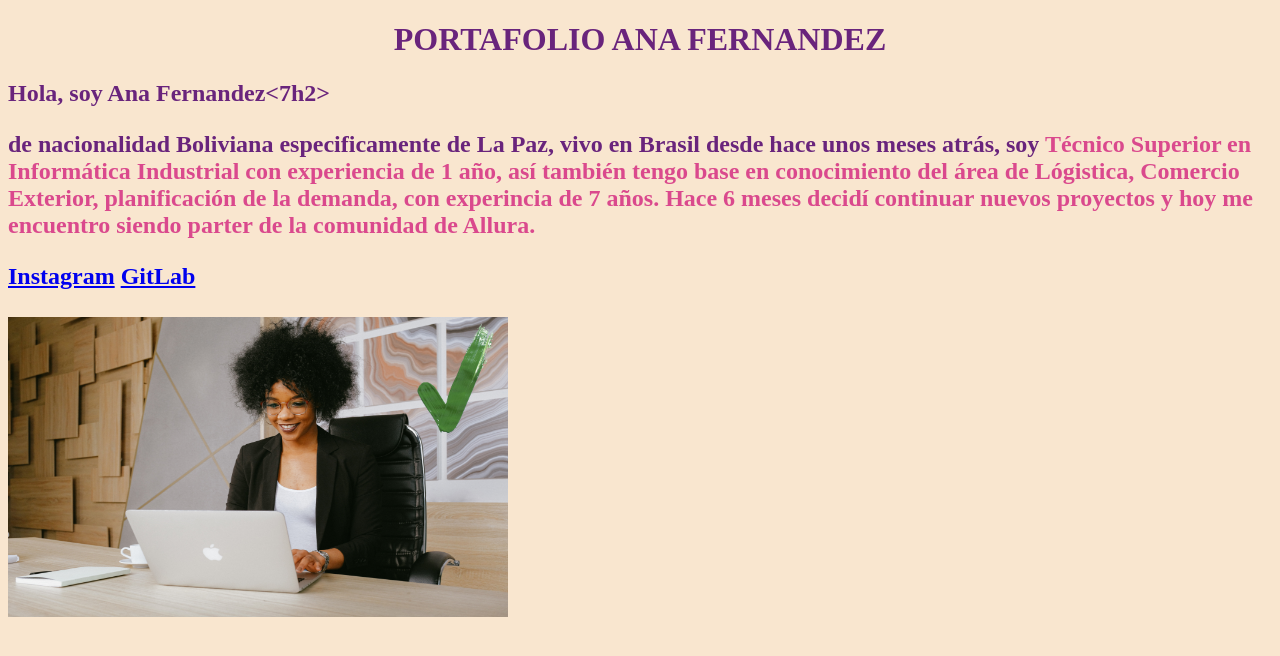
Repository: AnaFzCz/PROYECTOS-HTML---CSS2
Page: Portafolio/index.html
The author's editor kept a copy of each file at every save. The page is drawn from the files as they stood at one save, then again after the next save.
The browser window is 1280 px wide. The pictures show the whole page.

Above is the page before, as saved 2025-01-23 06:24:24.

### Portafolio/index.html
<!DOCTYPE html>
<html lang="en">
<head>
    <meta charset="UTF-8">
    <meta http-equiv="X-UA-Compatible" content="IE=edge">
    <meta name="viewport" content="width=device-width, initial-scale=1.0">
    <title>Portafolio</title>
    <link rel="stylesheet" href="style.css">
</head>
<body>
    <header>

    </header>
    <main>
        <h1 style="text-align: center;">PORTAFOLIO ANA FERNANDEZ</h1>
        <h2>Hola, soy Ana Fernandez<7h2><p>de nacionalidad Boliviana especificamente de La Paz, vivo en Brasil desde hace unos meses atrás, soy <span>Técnico Superior en Informática Industrial<span></span> con experiencia de 1 año, así también tengo base en <span>conocimiento del área de Lógistica, Comercio Exterior, planificación de la demanda</span>, con experincia de 7 años. Hace 6 meses decidí continuar nuevos proyectos y hoy me encuentro siendo parter de la comunidad de Allura.</p>
            <div >
        <a href="https://instagram.com">Instagram</a>
        <a href="https://github.com/AnaFzCz">GitLab</a>
        <br>
        <br>
        <img src="home-office.jpg" alt="homeoffice" style="width:500px;height: 300px;">
        </div>
    </main>
    <footer></footer>
</body>
</html>

### Portafolio/style.css
body{
   background-color: #F9E6CF;
   color:#69247C;

}

span{
    color:#DA498D;
}
/*h1 {
    color: #333333;

}
button {
    background-color: green;
    color: white;

}
footer {
    background-color: gray;
    color: white;

}
a {
    color: DodgerBlue;

}*/

After the next save:
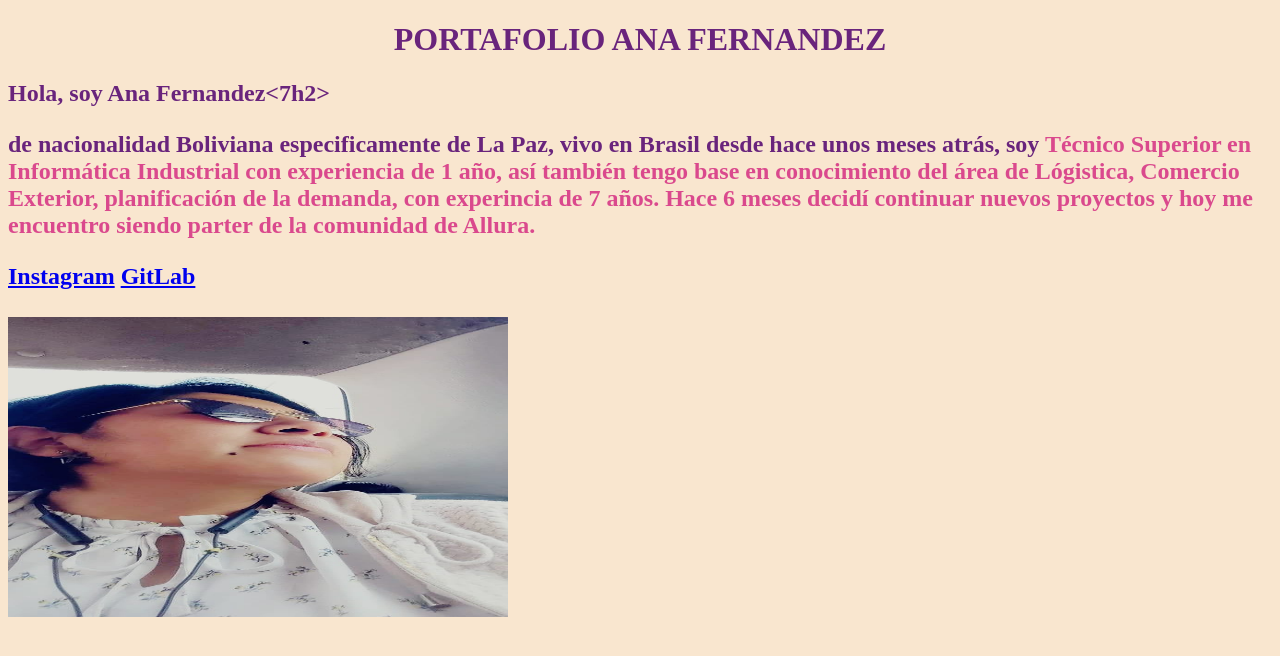
Saved 17 min 55 s later.
--- a/Portafolio/index.html
+++ b/Portafolio/index.html
@@ -15,11 +15,11 @@
         <h1 style="text-align: center;">PORTAFOLIO ANA FERNANDEZ</h1>
         <h2>Hola, soy Ana Fernandez<7h2><p>de nacionalidad Boliviana especificamente de La Paz, vivo en Brasil desde hace unos meses atrás, soy <span>Técnico Superior en Informática Industrial<span></span> con experiencia de 1 año, así también tengo base en <span>conocimiento del área de Lógistica, Comercio Exterior, planificación de la demanda</span>, con experincia de 7 años. Hace 6 meses decidí continuar nuevos proyectos y hoy me encuentro siendo parter de la comunidad de Allura.</p>
             <div >
-        <a href="https://instagram.com">Instagram</a>
+        <a href="https://instagram.com/anafzcz">Instagram</a>
         <a href="https://github.com/AnaFzCz">GitLab</a>
         <br>
         <br>
-        <img src="home-office.jpg" alt="homeoffice" style="width:500px;height: 300px;">
+        <img src="mindfullness.jpg" alt="myself" style="width:500px;height: 300px;">
         </div>
     </main>
     <footer></footer>
